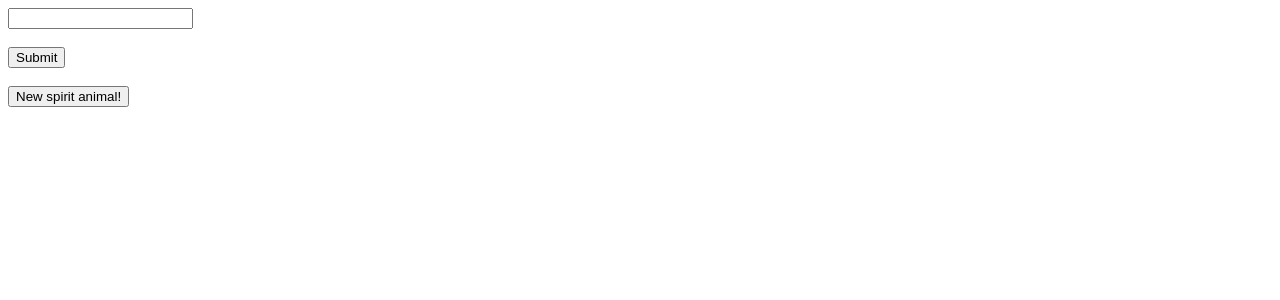
Repository: andrii1/hyf-homework
Page: javascript/javascript2/week1/name-generator.html
An editor plug-in stored every save of this project. The page is shown before and after the next save, followed by the edit.
The browser window is 1280 px wide. The pictures show the whole page.

Above is the page before, as saved 2022-06-25 14:03:33.

After the next save:
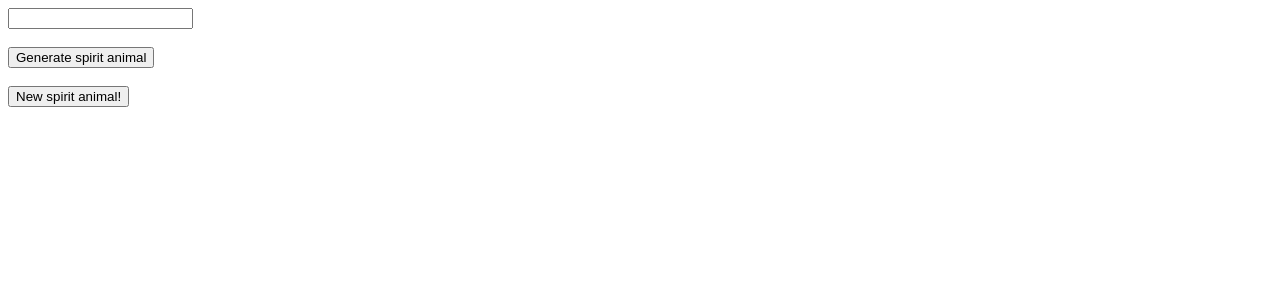
Saved 43 s later.
--- a/javascript/javascript2/week1/name-generator.html
+++ b/javascript/javascript2/week1/name-generator.html
@@ -10,7 +10,7 @@
   <form action="#">
     <input type="text" id="input"><br>
     <br>
-    <input type="submit" id="button" text="Generate spirit animal">
+    <input type="submit" id="button" value="Generate spirit animal">
   </form>
   <br>
   <button id="new-animal">New spirit animal!</button>
